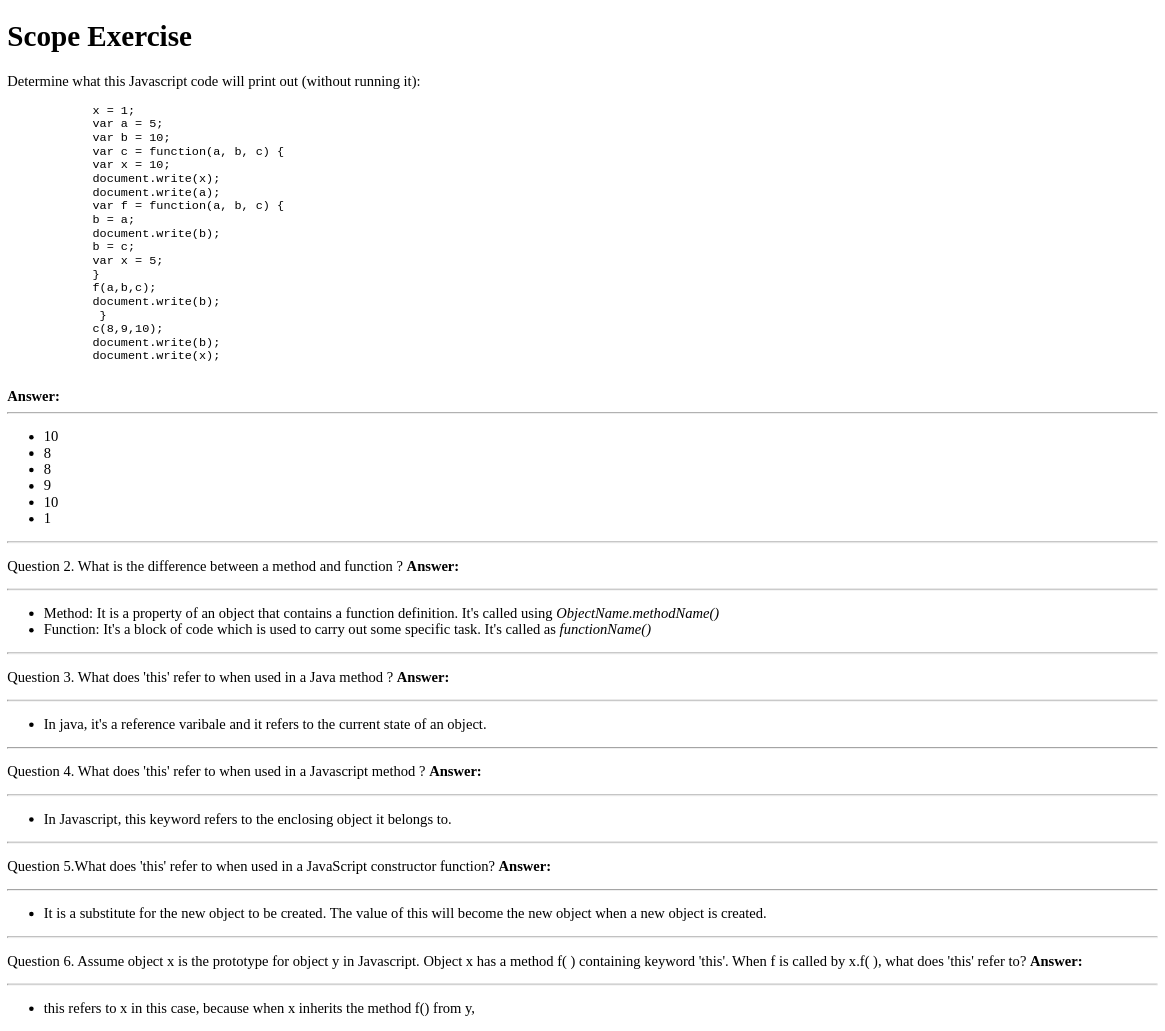
Repository: bethelbahiru/WAP
Page: Homework3/scope.html
These files come from the project's save history. The page is drawn as it stood at one moment and after a run of saves; the edit follows.
The browser window is 1280 px wide. The pictures show the whole page, at 91% of full size.

Above is the page before, as saved 2022-01-18 16:37:16.

### Homework3/scope.html
<!DOCTYPE html>
<html lang="en">
<head>
    <meta charset="UTF-8">
    <meta http-equiv="X-UA-Compatible" content="IE=edge">
    <meta name="viewport" content="width=device-width, initial-scale=1.0">
    <title>Scope Exercise</title>
</head>
<body>
    <h1><strong>Scope Exercise</strong></h1>
    <p> Determine what this Javascript code will print out (without running it):
        <pre>
            x = 1;
            var a = 5;
            var b = 10;
            var c = function(a, b, c) {
            var x = 10;
            document.write(x);
            document.write(a);
            var f = function(a, b, c) {
            b = a;
            document.write(b);
            b = c;
            var x = 5;
            }
            f(a,b,c);
            document.write(b);
             }
            c(8,9,10);
            document.write(b);
            document.write(x);
        </pre>

        <strong>Answer:</strong>
        <hr>
        <ul>
            <li>10</li>
            <li>8</li>
            <li>8</li>
            <li>9</li>
            <li>10</li>
            <li>1</li>
        </ul>
    </p>
    <hr>
    <p>Question 2.  What is the difference between a method and function ?

        <strong>Answer:</strong>
        <hr>
        <ul>
            <li>Method: It is a property of an object that contains a function definition. It's called using <em>ObjectName.methodName()</em></li>
            <li>Function: It's a block of code which is used to carry out some specific task. It's called as <em>functionName()</em></li>
        </ul>
    </p>
    <hr>
    <p>Question 3. What does 'this' refer to when used in a Java method ?
        <strong>Answer:</strong>
        <hr>
        <ul>
            <li>In java, it's a reference varibale and it refers to the current state of an object.</li>
        </ul>
    </p>
    <hr>
    <p>Question 4. What does 'this' refer to when used in a Javascript method ?
        <strong>Answer:</strong>
        <hr>
        <ul>
            <li>In Javascript, this keyword refers to the enclosing object it belongs to.</li>
        </ul>
    </p>
    <hr>
    <p>Question 5.What does 'this' refer to when used in a JavaScript constructor function?
        <strong>Answer:</strong>
        <hr>
        <ul>
            <li>It is a substitute for the new object to be created. The value of this will become the new object when a new object is created.</li>
        </ul>
    </p>
    <hr>
    <p>Question 6. Assume object x is the prototype for object y in Javascript. Object x has a method f( ) containing keyword 'this'.
        When f is called by x.f( ), what does 'this' refer to?
        <strong>Answer:</strong>
        <hr>
        <ul>
            <li>this refers to x in this case, because when x inherits the method f() from y, </li>
        </ul>
    </p>







</body>
</html>

After the next 2 saves:
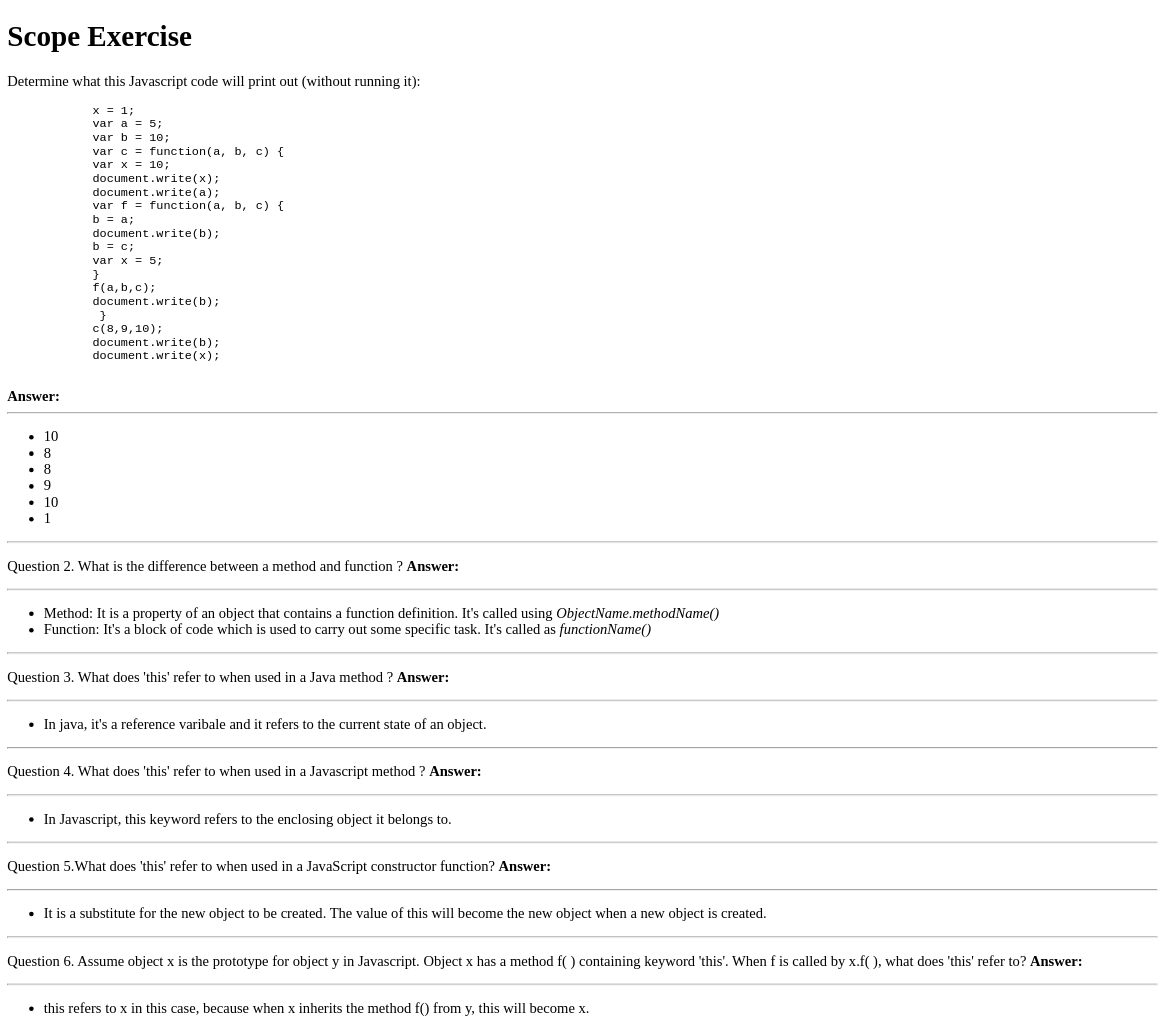
The 2 saves are shown as one change because they came seconds apart.
The last was saved 34 s later.
--- a/Homework3/scope.html
+++ b/Homework3/scope.html
@@ -82,7 +82,7 @@
         <strong>Answer:</strong>
         <hr>
         <ul>
-            <li>this refers to x in this case, because when x inherits the method f() from y, </li>
+            <li>this refers to x in this case, because when x inherits the method f() from y, this will become x.</li>
         </ul>
     </p>
 
